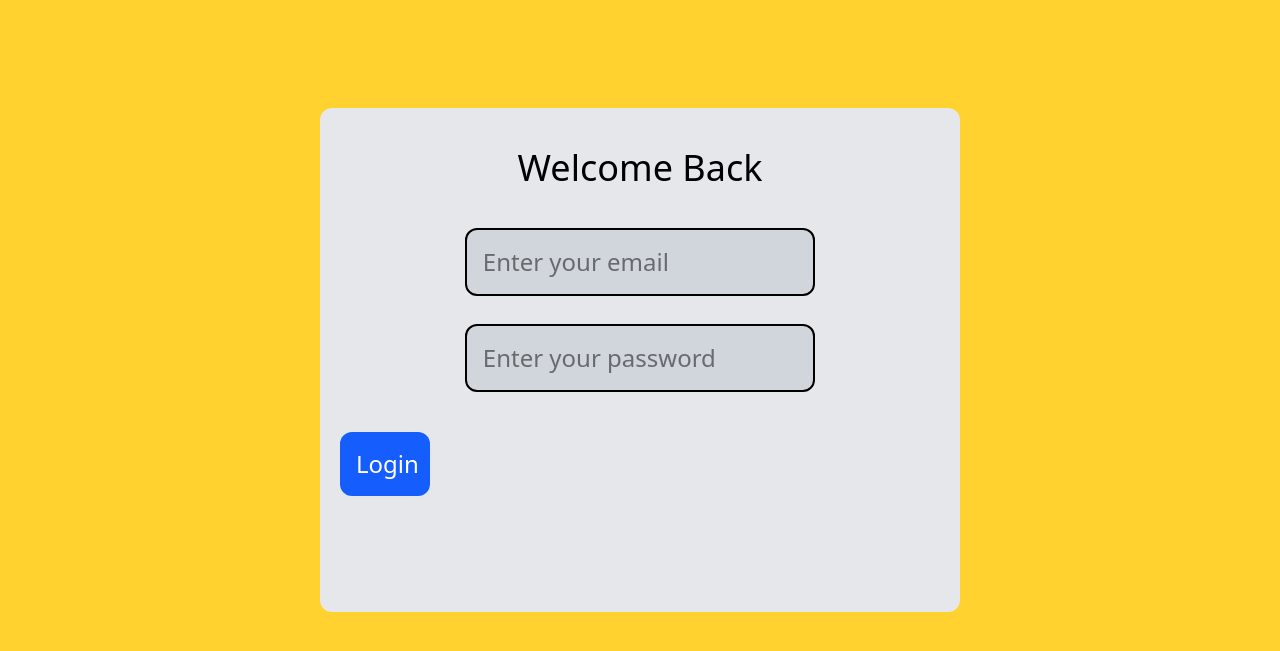
Repository: Habeebur1493/React-App
Page: /
An editor plug-in stored every save of this project. The page is shown before and after the next save, followed by the edit.
The browser window is 1280 px wide. The pictures show the whole page.
The page's requests for data from a server got no answer. The project was rebuilt for these pictures with package versions that can differ from the ones it lists, and the page was loaded fresh each time. No one was signed in, and anything a server would have sent is missing. Also part of the build but not shown: vite.config.js, src/Components/Nav.jsx, src/Components/Loading.jsx, src/Components/Home.jsx, src/Components/Details.jsx, src/Components/Addproducts.jsx, src/Components/ShowProducts.jsx.

Above is the page before, as saved 2025-02-06 01:42:36.

After the next save:
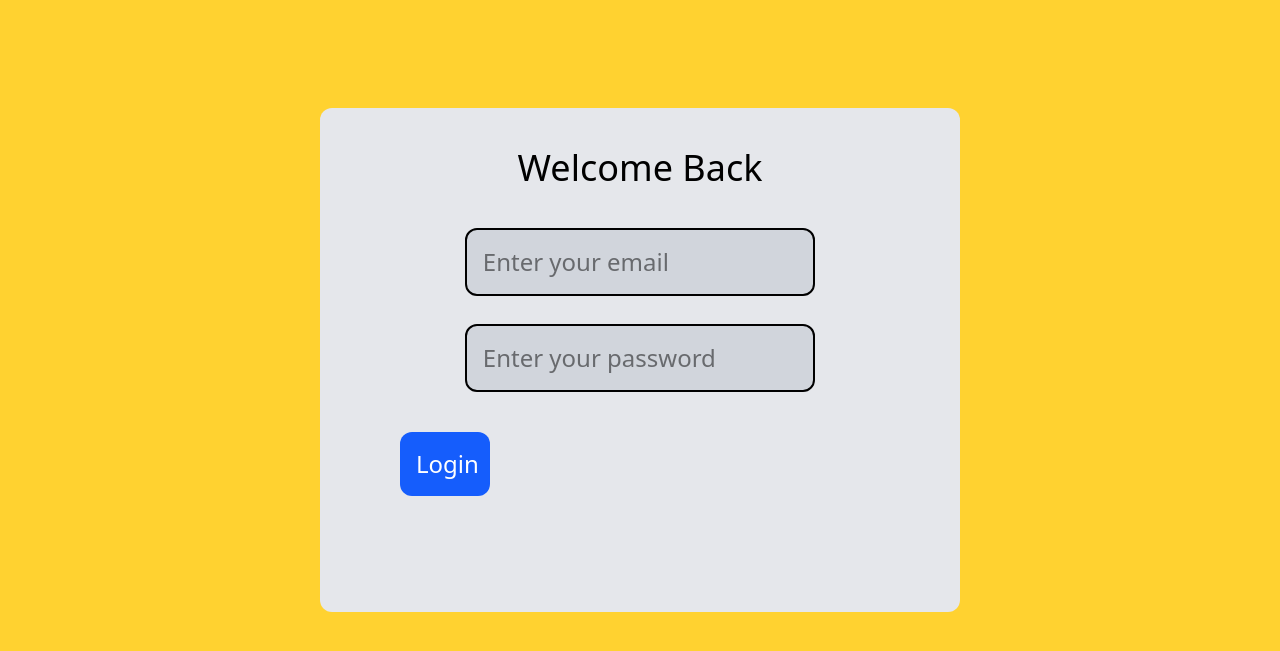
Saved 84 s later.
--- a/src/Components/Login.jsx
+++ b/src/Components/Login.jsx
@@ -62,7 +62,7 @@ const Login = () => {
             <button
               onClick={login}
               className="w-[40%] md:w[25%] lg:w-[15%] p-4 bg-blue-600 text-white
-              text-lg md:text-xl lg:text-2xl rounded-xl mt-5 cursor-pointer"
+              text-lg md:text-xl lg:text-2xl rounded-xl mt-5 cursor-pointer ml-15"
             >
               Login
             </button>
